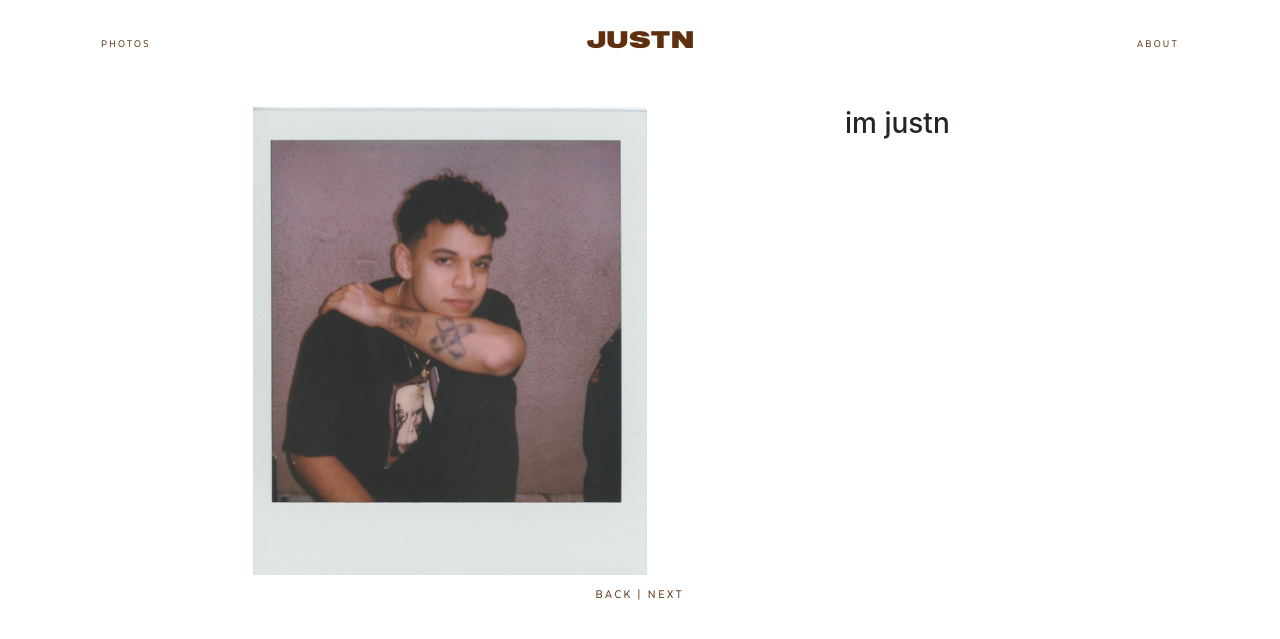
Repository: AviMKabir/justn_2020
Page: about.html
These files come from the project's save history. The page is drawn as it stood at one moment and after the next save; the edit follows.
The browser window is 1280 px wide. The pictures show the whole page.

Above is the page before, as saved 2020-12-06 18:11:30.

### about.html
<!DOCTYPE html>
<html lang="en">

<head>
    <meta charset="UTF-8">
    <meta name="viewport" content="width=device-width, initial-scale=1.0">
    <link rel="stylesheet" href="https://cdn.jsdelivr.net/npm/bootstrap@4.5.3/dist/css/bootstrap.min.css"
        integrity="sha384-TX8t27EcRE3e/ihU7zmQxVncDAy5uIKz4rEkgIXeMed4M0jlfIDPvg6uqKI2xXr2" crossorigin="anonymous">
    <link rel="stylesheet" href="./CSS/style.css">
    <title>JUSTN</title>
</head>



<body>

    <div class="container">

        <nav class="navbar navbar-expand-md navbar-light hide-for-mobile">
            <div class="navbar-collapse collapse w-100 order-1 order-md-0 dual-collapse2">
                <ul class="navbar-nav mr-auto">
                    <li class="nav-item">
                        <a class="nav-link-new" href="#" role="button" id="dropdownMenuLink" data-toggle="dropdown"
                            aria-haspopup="true" aria-expanded="false">
                            PHOTOS
                        </a>

                        <div class="dropdown-menu" aria-labelledby="dropdownMenuLink">
                            <a class="dropdown-item" href="./portraits.html">- PORTRAITS</a>
                            <a class="dropdown-item" href="./blur.html">- BLUR</a>
                            <a class="dropdown-item" href="./misc.html">- MISC</a>
                        </div>
                    </li>

                </ul>
            </div>
            <div class="mx-auto order-0 nav-pad">
                <a class="navbar-brand-new mx-auto" href="./index.html">JUSTN</a>
                <button class="navbar-toggler" type="button" data-toggle="collapse" data-target=".dual-collapse2">
                    <span class="navbar-toggler-icon"></span>
                </button>
            </div>
            <div class="navbar-collapse collapse w-100 order-3 dual-collapse2">
                <ul class="navbar-nav ml-auto">
                    <li class="nav-item">
                        <a class="nav-link-new" href="#">ABOUT</a>
                    </li>

                </ul>
            </div>
        </nav>

    </div>


    <!-- mobile nav -->
    <nav class="navbar navbar-expand-md navbar-light show-for-mobile">
        <a class="navbar-brand-new " href="./index.html">JUSTN</a>
        <button class="navbar-toggler" type="button" data-toggle="collapse" data-target="#navbarNavDropdown"
            aria-controls="navbarNavDropdown" aria-expanded="false" aria-label="Toggle navigation">
            <span class="navbar-toggler-icon"></span>
        </button>
        <div class="collapse navbar-collapse center-page" id="navbarNavDropdown">
            <ul class="navbar-nav">


                <li class="nav-item dropdown mx-auto ">
                    <a class="nav-link-new-active" href="#" role="button" id="dropdownMenuLink" data-toggle="dropdown"
                        aria-haspopup="true" aria-expanded="false">
                        PHOTOS
                    </a>
                    <!-- <div class="dropdown-menu mx-auto" aria-labelledby="dropdownMenuLink">
                        <a class="dropdown-item mx-auto" href="#">- NEW YORK</a>
                        <a class="dropdown-item mx-auto" href="#">- CALIFORNIA</a>
                        <a class="dropdown-item mx-auto" href="#">- FLORIDA</a>
                    </div> -->
                </li>
                <li class="nav-item mx-auto">
                    <a class="nav-link-new" href="./new-york.html">- PORTRAITS</a>
                </li>
                <li class="nav-item mx-auto">
                    <a class="nav-link-new" href="./california.html">- BLUR</a>
                </li>
                <li class="nav-item mx-auto">
                    <a class="nav-link-new" href="./florida.html">- MISC</a>
                </li>
                <li class="nav-item mx-auto">
                    <a class="nav-link-new" href="#">ABOUT</a>
                </li>
            </ul>
        </div>
    </nav>
    <!-- mobile nav -->

    <!-- slideshow -->

    <div class="container">

        <div id="carouselExampleControls" class="carousel  slideshow-bump  " data-ride="carousel" data-interval="false"
            data-keyboard="true">
            <div class="carousel-inner">
                <div class="carousel-item active">
                    <div class="row">
                        <div class="col-12 col-md-8">
                        <img class="d-block " src="./img/about.jpg">
                        </div>
                        <div class="col-12 col-md-4">
                        <h3>im justn</h3>
                        </div>
                    </div>
                </div>
            </div>
        </div>

        <div class="controls text-center">
            <span class="controls-new" href="#carouselExampleControls" role="button" data-slide="prev">
                BACK
            </span>
            <span class="controls-new">
                |
            </span>
            <span class="controls-new" href="#carouselExampleControls" role="button" data-slide="next">
                NEXT
            </span>
        </div>




    </div>




    <script src="https://code.jquery.com/jquery-3.5.1.slim.min.js"
        integrity="sha384-DfXdz2htPH0lsSSs5nCTpuj/zy4C+OGpamoFVy38MVBnE+IbbVYUew+OrCXaRkfj"
        crossorigin="anonymous"></script>
    <script src="https://cdn.jsdelivr.net/npm/bootstrap@4.5.3/dist/js/bootstrap.bundle.min.js"
        integrity="sha384-ho+j7jyWK8fNQe+A12Hb8AhRq26LrZ/JpcUGGOn+Y7RsweNrtN/tE3MoK7ZeZDyx"
        crossorigin="anonymous"></script>

    <script>
        $(document).keydown(function (e) {
            if (e.keyCode === 37) {
                // Previous
                $(".carousel-control.left").click();
                return false;
            }
            if (e.keyCode === 39) {
                // Next
                $(".carousel-control.right").click();
                return false;
            }
        });
    </script>

</body>



</html>

### CSS/style.css
@font-face {
    font-family: annonce;
    src: url(../fonts/annonce_w01_regular-webfont.woff);
}

@font-face {
    font-family: textanArrow;
    src: url(../fonts/textanarrow-regular-webfont.woff);
}

@font-face {
    font-family: textanArrowIt;
    src: url(../fonts/textanarrow-it-webfont.woff);
}

a {
    -o-transition: .5s;
    -ms-transition: .5s;
    -moz-transition: .5s;
    -webkit-transition: .5s;
    /* ...and now for the proper property */
    transition: .5s;
}

a:hover {
    color: #014421;
    text-decoration: none;
}

img {
    margin: 0 auto;
    height: 65vh;
}

.navbar-brand-new {
    font-family: 'annonce', Arial, Helvetica, sans-serif;
    font-size: 1.5rem;
    color: #5E300E;
}

.nav-link-new {
    font-family: 'textanArrow', Arial, Helvetica, sans-serif;
    font-size: .7rem;
    color: #5E300E;
    letter-spacing: .2em;
}

.nav-link-new-2 {
    font-family: 'textanArrow', Arial, Helvetica, sans-serif;
    font-size: 1rem;
    color: #5E300E;
    letter-spacing: .2em;
}

.dropdown-menu {
    position: absolute;
    top: 100%;
    left: 0;
    z-index: 1000;
    display: none;
    float: left;
    min-width: 10rem;
    padding: .5rem 0;
    margin: .125rem 0 0;
    font-size: 1rem;
    color: #212529;
    text-align: left;
    list-style: none;
    background-color: #fff;
    background-clip: padding-box;
    border: none !important;
    border-radius: .25rem;
}

.dropdown-menu.show {
    display: block;
    margin-top: -30px;
}

.dropdown-item {
    font-family: 'textanArrowIt', Arial, Helvetica, sans-serif;
    font-size: .7rem;
    color: #5E300E;
}

.dropdown-item:focus, .dropdown-item:hover {
    color: #014421 !important;
    background: none !important;
}

.nav-pad {
    padding: 15px 0;
}

.center-page {
    margin-top: 30%;
}

.navbar-light .navbar-toggler {
    color: #5E300E !important;
    border: none !important;
}

.slideshow-bump {
    margin-top: 25px;
}

.controls-new {
    font-family: 'textanArrow', Arial, Helvetica, sans-serif;
    font-size: .8rem;
    color: #5E300E;
    letter-spacing: .2em;
}

.controls {
    margin-top: 5px;
}

@media (min-width: 576px) {}

@media (max-width: 768px) {
    /* hides the desktop nav */
    .hide-for-mobile {
        display: none;
    }
    .dropdown-item {
        font-family: 'textanArrowIt', Arial, Helvetica, sans-serif;
        font-size: 1rem;
        color: #5E300E;
        letter-spacing: .2em;
    }
    .dropdown-menu.show {
        display: block;
        margin-top: -10px;
    }
    .nav-link-new {
        font-family: 'textanArrow', Arial, Helvetica, sans-serif;
        font-size: 1rem;
        color: #5E300E;
        letter-spacing: .2em;
    }
    .nav-link-new-active {
        font-family: 'textanArrow', Arial, Helvetica, sans-serif;
        font-size: 1rem;
        color: #014421;
        letter-spacing: .2em;
    }
    .img-wide {
        object-fit: cover;
        height: 100%;
        width: 100%;

    }
}

@media (min-width: 768px) {
    /* hides the desktop nav */
    .show-for-mobile {
        display: none;
    }
}

@media (min-width: 992px) {}

@media (min-width: 1200px) {}

After the next save:
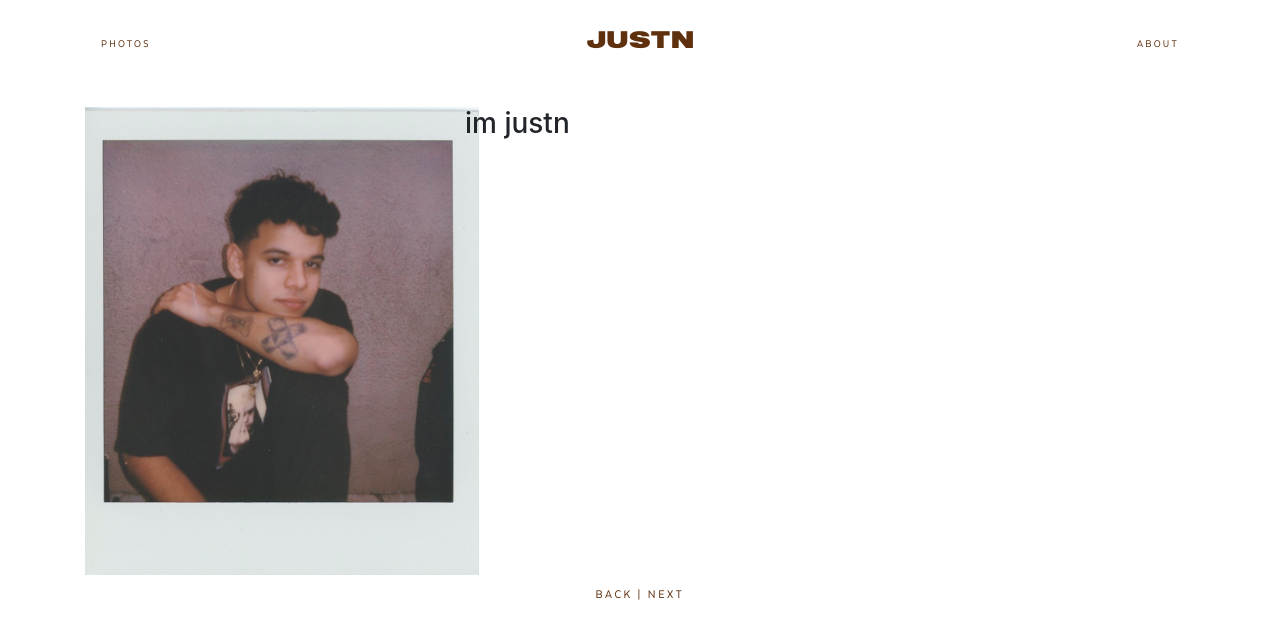
Saved 34 s later.
--- a/about.html
+++ b/about.html
@@ -101,7 +101,7 @@
             <div class="carousel-inner">
                 <div class="carousel-item active">
                     <div class="row">
-                        <div class="col-12 col-md-8">
+                        <div class="col-12 col-md-4">
                         <img class="d-block " src="./img/about.jpg">
                         </div>
                         <div class="col-12 col-md-4">
